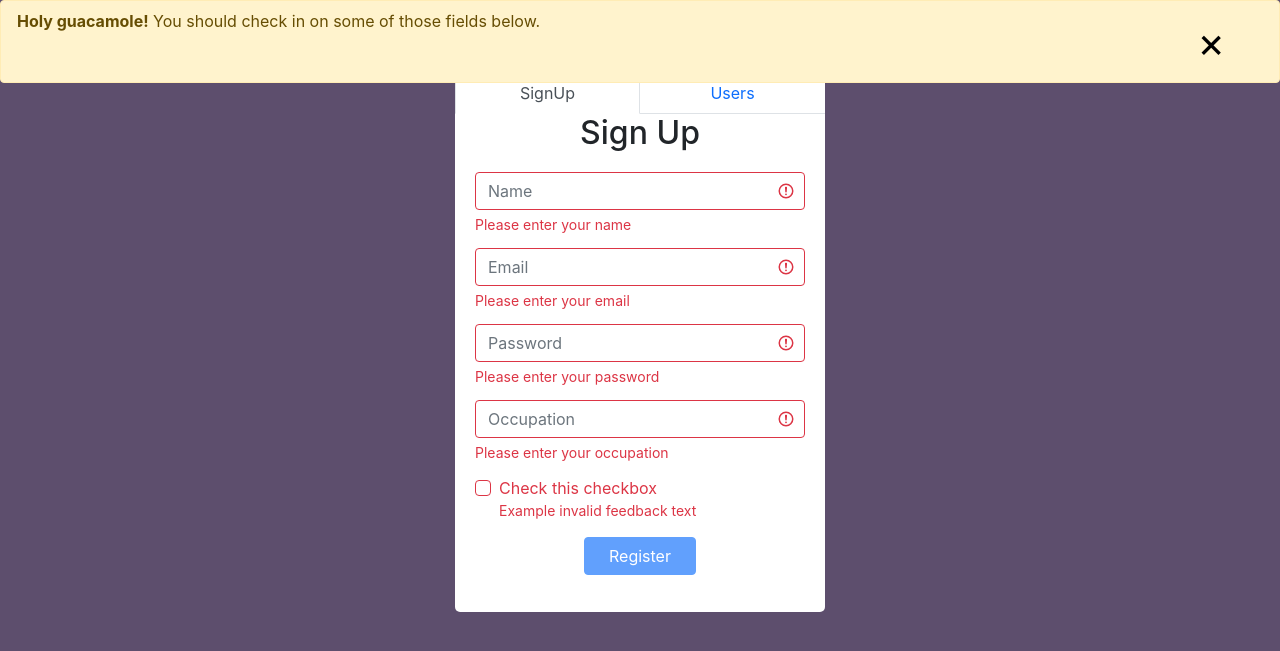
Repository: asadalibest1/SignUp-from
Page: /
The author's editor kept a copy of each file at every save. The page is drawn from the files as they stood at one save, then again after the next save.
The browser window is 1280 px wide. The pictures show the whole page.
The project was rebuilt for these pictures with package versions that can differ from the ones it lists, and the page was loaded fresh each time.

Above is the page before, as saved 2021-02-09 16:38:56.

### public/index.html
<!DOCTYPE html>
<html lang="en">
  <head>
    <meta charset="utf-8" />
    <link rel="icon" href="%PUBLIC_URL%/favicon.png" />
    <meta name="viewport" content="width=device-width, initial-scale=1" />
    <meta name="theme-color" content="#000000" />
    <meta
      name="description"
      content="Web site created using create-react-app"
    />
    <link rel="apple-touch-icon" href="%PUBLIC_URL%/logo192.png" />
    <!--
      manifest.json provides metadata used when your web app is installed on a
      user's mobile device or desktop. See https://developers.google.com/web/fundamentals/web-app-manifest/
    -->
    <link rel="manifest" href="%PUBLIC_URL%/manifest.json" />
    <!--
      Notice the use of %PUBLIC_URL% in the tags above.
      It will be replaced with the URL of the `public` folder during the build.
      Only files inside the `public` folder can be referenced from the HTML.

      Unlike "/favicon.ico" or "favicon.ico", "%PUBLIC_URL%/favicon.ico" will
      work correctly both with client-side routing and a non-root public URL.
      Learn how to configure a non-root public URL by running `npm run build`.
    -->
    <!-- Bootstrap -->
    <link href="https://cdn.jsdelivr.net/npm/bootstrap@5.0.0-beta1/dist/css/bootstrap.min.css" rel="stylesheet" integrity="sha384-giJF6kkoqNQ00vy+HMDP7azOuL0xtbfIcaT9wjKHr8RbDVddVHyTfAAsrekwKmP1" crossorigin="anonymous">
    <title>Sign Up</title>
  </head>
  <body>
    <noscript>You need to enable JavaScript to run this app.</noscript>
    <div id="root"></div>
    <!--
      This HTML file is a template.
      If you open it directly in the browser, you will see an empty page.

      You can add webfonts, meta tags, or analytics to this file.
      The build step will place the bundled scripts into the <body> tag.

      To begin the development, run `npm start` or `yarn start`.
      To create a production bundle, use `npm run build` or `yarn build`.
    -->
    <script src="https://cdn.jsdelivr.net/npm/bootstrap@5.0.0-beta1/dist/js/bootstrap.bundle.min.js" integrity="sha384-ygbV9kiqUc6oa4msXn9868pTtWMgiQaeYH7/t7LECLbyPA2x65Kgf80OJFdroafW" crossorigin="anonymous"></script>
  </body>
</html>

### src/index.css
body {
  margin: 0;
  font-family: -apple-system, BlinkMacSystemFont, 'Segoe UI', 'Roboto', 'Oxygen',
    'Ubuntu', 'Cantarell', 'Fira Sans', 'Droid Sans', 'Helvetica Neue',
    sans-serif;
  -webkit-font-smoothing: antialiased;
  -moz-osx-font-smoothing: grayscale;
  background-color: #5D4E6D;
}

code {
  font-family: source-code-pro, Menlo, Monaco, Consolas, 'Courier New',
    monospace;
}

### src/App.js
import React from 'react'
import App1 from "./components/App1/App1"

export default function App() {
  return (
    <div>
      <App1 />
    </div>
  )
}

### src/components/App1/App1.js
import React from 'react'
import Tabs from '../Tabs/Tabs'

export default function App1() {

    // function Chnage() {
    //     document.getElementsByClassName("alertea")[0].style.display = "none";
    // }
    return (
        <div>
            {/* <div class="alertea alert alert-warning alert-dismissible fade show" role="alert">
                <strong>Holy guacamole!</strong> You should check in on some of those fields below.
                        <button type="button" class="close" onClick={Chnage} data-dismiss="alert" aria-label="Close">
                    <span aria-hidden="true">&times;</span>
                </button>
            </div> */}

            <Tabs />
        </div>
    )
}

### src/features/counter/counterSlice.js
import { createSlice } from '@reduxjs/toolkit';
const data = [
  {name: "saad", email: "saad@gmail.com", password: "qwerty", occupation: "petrolium engee"},
  {name: "asad", email: "asad@gmail.com", password: "asdfg", occupation: "wed dev"}
]
export const counterSlice = createSlice({
  name: 'counter',

  initialState: {
    data: data,
    value: 0,
    name: "saad",
  },
  reducers: {
    increment: (state, action) => {
      state.value = action.payload;
    },
    decrement: (state, action) => {
      state.value = action.payload;
    },
    changeName: (state, action) => {
      state.name = action.payload;
    },
    setData: (state, action) => {
      state.data = action.payload;
    },
  },
});


export const { increment, decrement, changeName, setData } = counterSlice.actions;

// The function below is called a thunk and allows us to perform async logic. It
// can be dispatched like a regular action: `dispatch(incrementAsync(10))`. This
// will call the thunk with the `dispatch` function as the first argument. Async
// code can then be executed and other actions can be dispatched

// export const incrementAsync = amount => dispatch => {
//   setTimeout(() => {
//     dispatch(incrementByAmount(amount));
//   }, 1000);
// };

// The function below is called a selector and allows us to select a value from
// the state. Selectors can also be defined inline where they're used instead of
// in the slice file. For example: `useSelector((state) => state.counter.value)`

export const selectCount = state => state.counter.value;
export const name = state => state.counter.name;
export const Data = state => state.counter.data;

export default counterSlice.reducer;

### src/components/Tabs/Tabs.js
import React from 'react'
import SignUp from "../SignUp/SignUp"
import Users from "../Users/Users"
import "./Tabs.css"

export default function Tabs() {
    return (
        <div className="tabs-main">
            <div className="tabs">

                <ul className="nav nav-tabs" id="myTab" role="tablist">
                    <li className="nav-item text-center w-50" role="presentation">
                        <a className="nav-link active" id="signUp-tab" data-bs-toggle="tab" href="#signUp" role="tab" aria-controls="signUp" aria-selected="true">SignUp</a>
                    </li>
                    <li className="nav-item text-center w-50" role="presentation">
                        <a className="nav-link" id="users-tab" data-bs-toggle="tab" href="#users" role="tab" aria-controls="users" aria-selected="false">Users</a>
                    </li>
                </ul>
                <div className="tab-content" id="myTabContent">
                    <div className="tab-pane fade show active" id="signUp" role="tabpanel" aria-labelledby="signUp-tab">
                        <SignUp />
                    </div>
                    <div className="tab-pane fade" id="users" role="tabpanel" aria-labelledby="users-tab">

                        <Users />
                    </div>
                </div>


            </div>
        </div>
    )
}

### src/components/SignUp/SignUp.js
import React from 'react'
import "./SignUp.css"

import { useSelector, useDispatch } from 'react-redux';
import {
  decrement,
  increment,
  selectCount,
  changeName,
  Data,
  setData,
} from '../../features/counter/counterSlice';


export default function SignUp() {

  const count = useSelector(selectCount);
  const dispatch = useDispatch();
  const data = useSelector(Data);

  const [name, setName] = React.useState("");
  const [email, setEmail] = React.useState("");
  const [password, setPassword] = React.useState("");
  const [occupation, setOccupation] = React.useState("");
  const [selectOption, setSelectOption] = React.useState(false);

  var match = null;

  React.useEffect(() => {

    const Button = document.querySelector(".submitButton button");

    if (name === "",
      email === "",
      password === "",
      occupation === "",
      selectOption === false) {

      Button.setAttribute("disabled", "disabled");

    } else {
      Button.removeAttribute("disabled");
    }

  }, [name, email, password, occupation, selectOption])

  function submit(e) {
      e.preventDefault();
    // const checkEmail = /^(([^<>()[\]\\.,;:\s@\"]+(\.[^<>()[\]\\.,;:\s@\"]+)*)|(\".+\"))@((\[[0-9]{1,3}\.[0-9]{1,3}\.[0-9]{1,3}\.[0-9]{1,3}\])|(([a-zA-Z\-0-9]+\.)+[a-zA-Z]{2,}))$/;
    // if (checkEmail.test(email) === true){
      for (let i = 0; i < data.length; i++) {

        if (data[i].email === email) {
          match = true;
          break;
        } else {
          match = false;
        }
      }
// }

    if (match === false){

      dispatch(setData([...data, {name, email, password, occupation}]))

    }if (match === true){
      alert("Email already taken!")
    }
  }

    function Chnage() {
        document.getElementsByClassName("alertea")[0].style.display = "none";
    }

  return (
    <div className="SignUp">


<div class="alertea alert alert-warning alert-dismissible fade show py-2" role="alert">
                <strong>Holy guacamole!</strong> You should check in on some of those fields below.
                        <button type="button" class="close" onClick={Chnage} data-dismiss="alert" aria-label="Close">
                    <span aria-hidden="true">&times;</span>
                </button>
            </div>


      <h2 className="text-center">Sign Up</h2>

      <form className="was-validated">

        <div className="mb-3">
          <input type="name" className="form-control" id="validationInput" onChange={(e) => setName(e.target.value)} placeholder="Name" required />
          <div className="invalid-feedback">
            Please enter your name
    </div>
        </div>

        <div className="mb-3">
          <input type="email" className="form-control" id="validationInput" onChange={(e) => setEmail(e.target.value)} placeholder="Email" required />
          <div className="invalid-feedback emailerr">
            Please enter your email
    </div>
        </div>

        <div className="mb-3">
          <input type="password" className="form-control" id="validationInput" onChange={(e) => setPassword(e.target.value)} placeholder="Password" required />
          <div className="invalid-feedback">
            Please enter your password
    </div>
        </div>

        <div className="mb-3">
          <input type="text" className="form-control" id="validationInput" onChange={(e) => setOccupation(e.target.value)} placeholder="Occupation" required />
          <div className="invalid-feedback">
            Please enter your occupation
    </div>
        </div>


        <div className="radioButton form-check mb-3">
          <input type="checkbox" className="form-check-input" onClick={() => setSelectOption(!selectOption)} id="validationFormCheck1" required />
          <label className="form-check-label" for="validationFormCheck1">Check this checkbox</label>
          <div className="invalid-feedback">Example invalid feedback text</div>
        </div>


        <div className="submitButton mb-3 text-center">
          <button className="btn btn-primary px-4" type="submit"
            onClick={submit}
          >Register</button>
        </div>
      </form>

      {/* <p>{count}</p> */}
      {/* <p>{count}</p>
<button onClick={() => dispatch(increment(count+1))} >increment</button>
<button onClick={() => dispatch(decrement(count-1))} >decrement</button>
<p>{Name}</p>
<button onClick={() => dispatch(changeName("sharif"))} >changeName</button> */}

    </div>
  )
}

### src/components/Users/Users.js
import React from 'react'
import "./Users.css"

import { useSelector, useDispatch } from 'react-redux';

import {
  Data,
} from '../../features/counter/counterSlice';

export default function Users() {

  const data = useSelector(Data);

  return (
    <div className="users">

      <div className="tabpanel" role="tabpanel">
        <div className="panel-coloumn mt-3">
          <div className="list-group" id="myList" role="tablist">

            {
              data.map((item, ind) => {
                return <a className="list-group-item list-group-item-action" data-bs-toggle="list" href={"#target" + ind} role="tab">{item.name}</a>
              })
            }

          </div>
        </div>

        <div className="tab-content">

          {
            data.map((item, ind) => {

              return <div className="tab-pane" id={"target" + ind} role="tabpanel" key={ind}>
                <ul className="list-group list-group-flush">
                  <li className="list-group-item">Name: {item.name}</li>
                  <li className="list-group-item">Email: {item.email}</li>
                  <li className="list-group-item">Password: {item.password}</li>
                  <li className="list-group-item">Occupation: {item.occupation}</li>
                </ul>
              </div>
            })
          }
        </div>
      </div>
    </div>
  )
}

### src/components/Tabs/Tabs.css
.tabs{
    width: 370px;
    height: 75vh;
    background-color: white;
    margin: auto auto;
    margin-top: 10vh;
    border-radius: 5px;
    overflow: hidden;
}

### src/components/SignUp/SignUp.css
.SignUp form{
    margin: 20px;
}
.SignUp form > div{
    /* border: 1px solid black; */
    height: 60px;
}

.SignUp form .radioButton{
    /* border: 1px solid black; */
    height: 45px;
}
.radioButton div{
    /* border: 1px solid black; */
    margin: 0;
}

.SignUp .alertea {
    position: absolute;
    top: 0;
    left: 0;
    width: 100%;
}
.SignUp .alertea button{
    float: right;
    clear: both;
    border: 0;
    background: transparent;
    font-size: 42px;
}

@media (max-width: 800px) {
    /* .SignUp form{
        margin-top: 3vh;
    } */
    .SignUp h2 {
        margin: 30px auto;
        font-size: 34px;
    }
    .SignUp form > div{
        height: 65px;
    }
    .SignUp form button{
        margin-top: 15px;
    }

}

### src/components/Users/Users.css
.users .tabpanel{
    display: flex;
    flex-direction: row;
    overflow: auto;
}
.users .tabpanel a{
    border-radius: 0;
}

.users .tab-content{
    height: fit-content;
    margin-top: 20px;
    margin-left: 20px;
}

.panel-coloumn{
    border-right: 1px solid rgb(240, 223, 223);
    height: 500px;
    width: 120px;
}

Loaded but not shown: src/index.js (common file); src/app/store.js (common file); src/serviceWorker.js (common file)

After the next save:
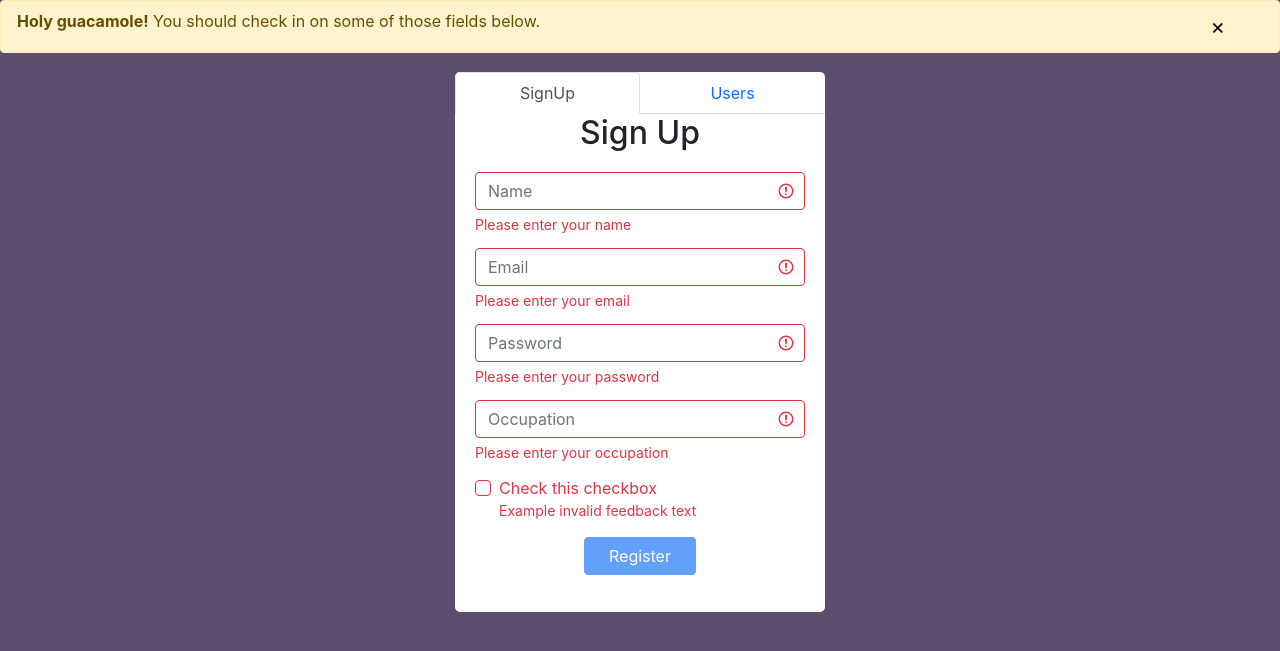
Saved 4 s later.
--- a/src/components/SignUp/SignUp.css
+++ b/src/components/SignUp/SignUp.css
@@ -26,7 +26,7 @@
     clear: both;
     border: 0;
     background: transparent;
-    font-size: 42px;
+    font-size: 22px;
 }
 
 @media (max-width: 800px) {
